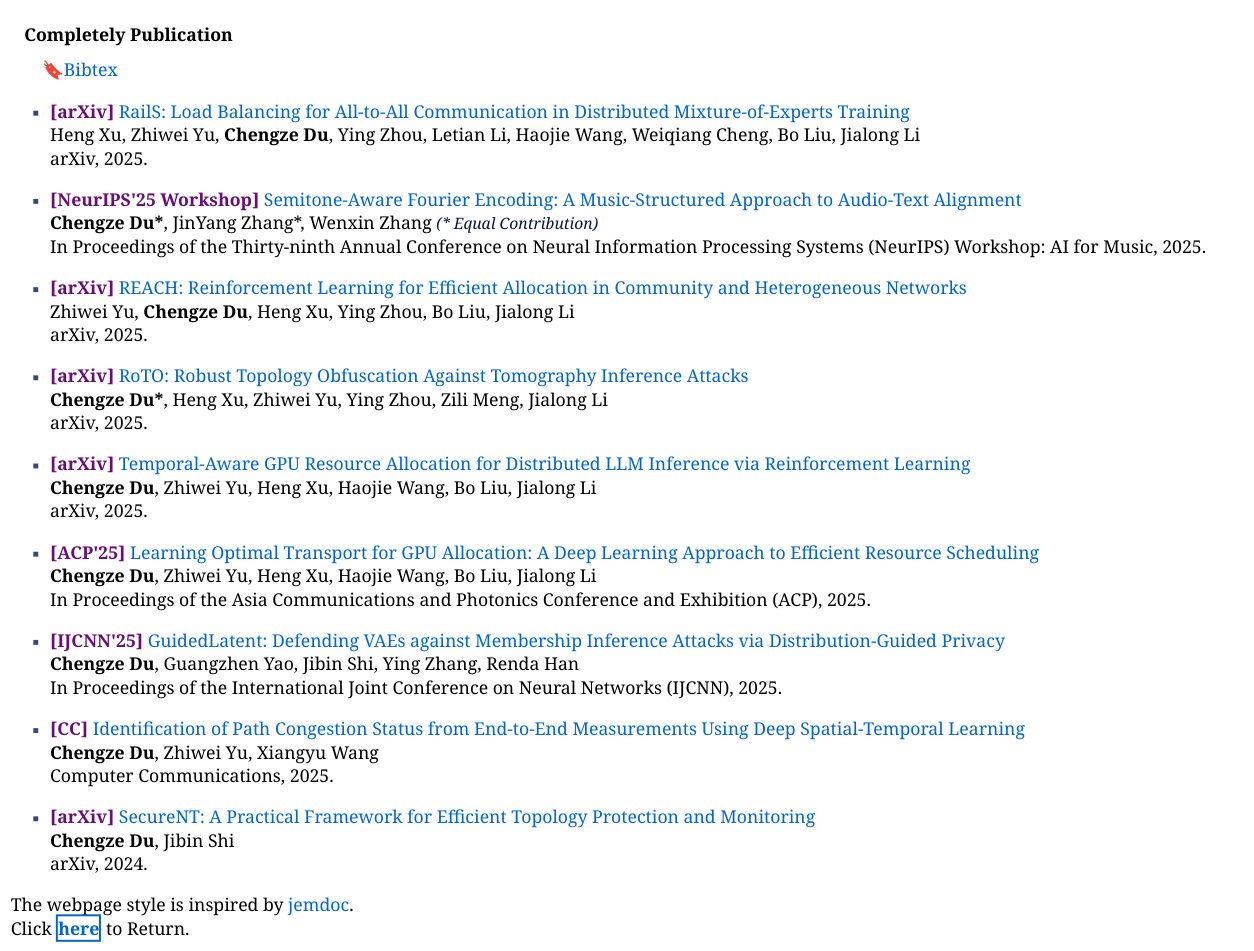
Repository: Monickar/Monickar.github.io
Page: FullPaperList.html
An editor plug-in stored every save of this project. The page is shown before and after the next save, followed by the edit.
The browser window is 1280 px wide. The pictures show the whole page, at 98% of full size.

Above is the page before, as saved 2025-10-26 17:50:16.

After the next save:
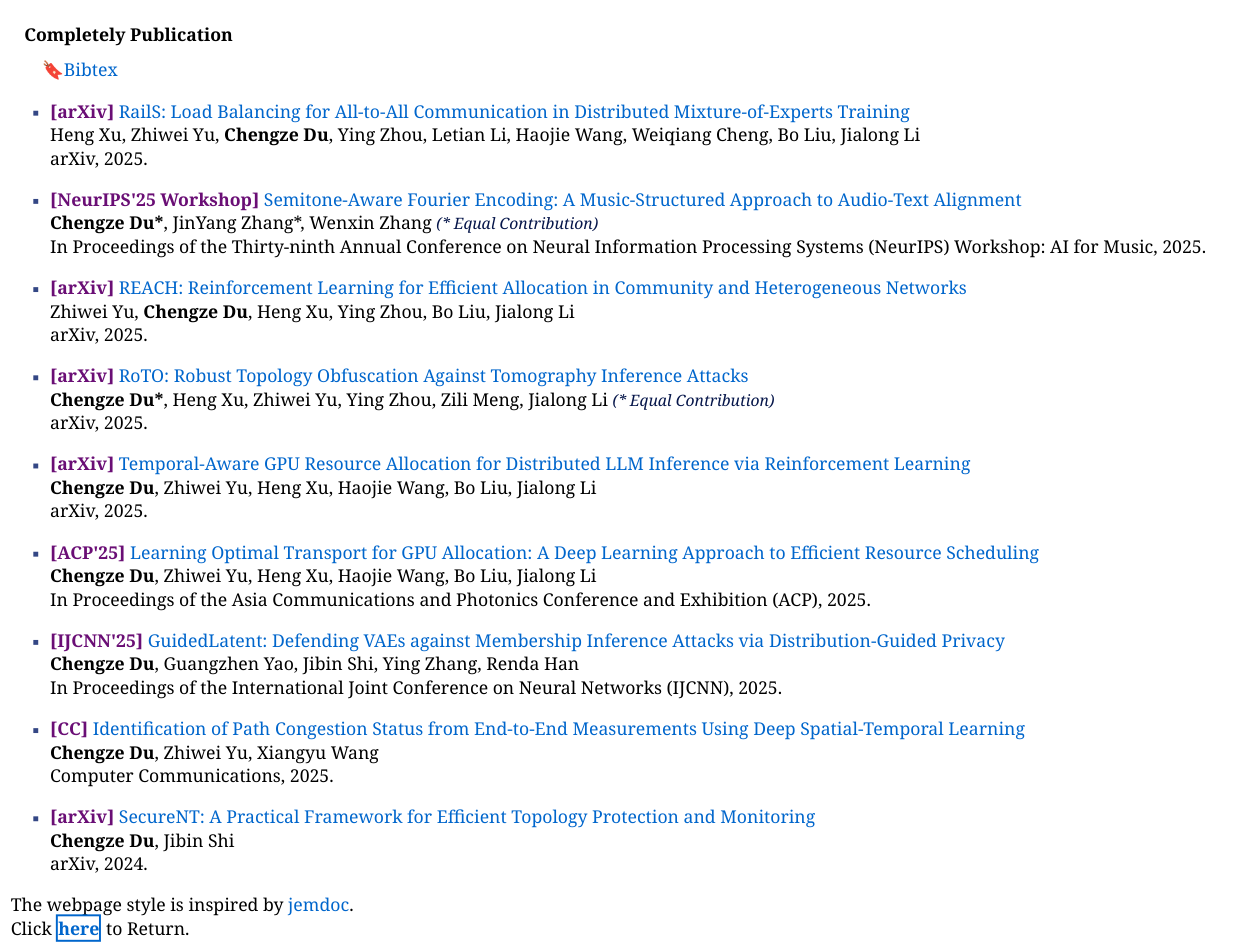
Saved 7 s later.
--- a/FullPaperList.html
+++ b/FullPaperList.html
@@ -91,7 +91,7 @@
 
 
 <li><p><span class="pulisher">[arXiv] </span><a href="https://arxiv.org/abs/2508.12852">RoTO: Robust Topology Obfuscation Against Tomography Inference Attacks</a><br>
-<strong>Chengze Du*</strong>, Heng Xu, Zhiwei Yu, Ying Zhou, Zili Meng, Jialong Li <br>
+<strong>Chengze Du*</strong>, Heng Xu, Zhiwei Yu, Ying Zhou, Zili Meng, Jialong Li <span class="eq">(* Equal Contribution) </span>  <br>
 arXiv, 2025.</p></li>
 
 
